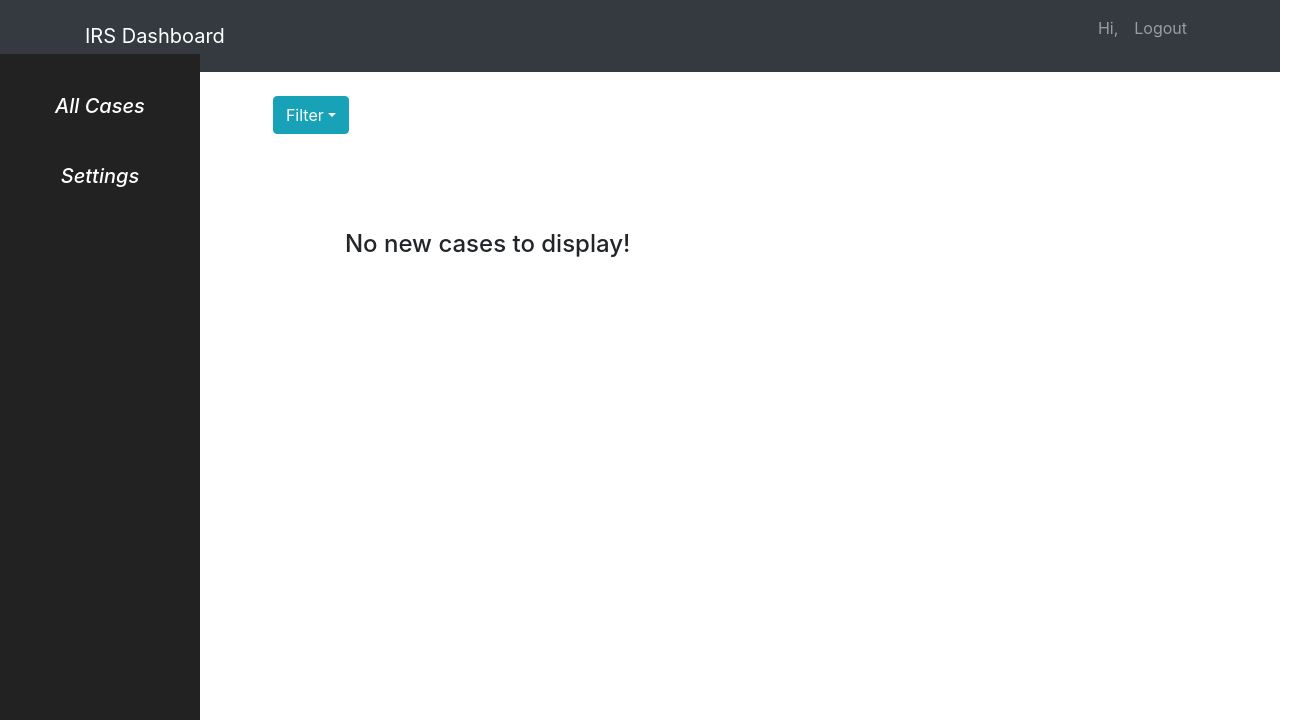
Repository: greeshmavyas/IRS_CS
Page: /AgentDashboard (app in AgentManagement/Frontend/)
The author's editor kept a copy of each file at every save. The page is drawn from the files as they stood at one save, then again after a run of saves.
The browser window is 1280 px wide. The page is 1295 px wide, so the pictures cover 1295 px, including what lies to the right of the window. The pictures show the whole page.
The page's requests for data from a server got no answer. Some web libraries are served in a nearby version. The project was rebuilt for these pictures with package versions that can differ from the ones it lists, and the page was loaded fresh each time. No one was signed in, and anything a server would have sent is missing. Also part of the build but not shown: AgentManagement/Frontend/src/components/NavbarLogin.js, AgentManagement/Frontend/src/components/login.js, AgentManagement/Frontend/src/components/Settings.js, AgentManagement/frontend/src/App.css.

Above is the page before, as saved 2020-10-27 01:47:17.

### AgentManagement/frontend/public/index.html
<!DOCTYPE html>
<html lang="en">
  <head>
    <meta charset="utf-8" />
    <link rel="icon" href="%PUBLIC_URL%/favicon.ico" />
    <meta name="viewport" content="width=device-width, initial-scale=1" />
    <meta name="theme-color" content="#000000" />
    <meta
      name="description"
      content="Web site created using create-react-app"
    />
    <link rel="apple-touch-icon" href="%PUBLIC_URL%/logo192.png" />
    <!--
      manifest.json provides metadata used when your web app is installed on a
      user's mobile device or desktop. See https://developers.google.com/web/fundamentals/web-app-manifest/
    -->
    <link rel="manifest" href="%PUBLIC_URL%/manifest.json" />
    <link rel="stylesheet" href="https://stackpath.bootstrapcdn.com/bootstrap/4.4.1/css/bootstrap.min.css"
      integrity="sha384-Vkoo8x4CGsO3+Hhxv8T/Q5PaXtkKtu6ug5TOeNV6gBiFeWPGFN9MuhOf23Q9Ifjh" crossorigin="anonymous">
    <script src="https://kit.fontawesome.com/db1fc867ad.js" crossorigin="anonymous"></script>
    <!--
      Notice the use of %PUBLIC_URL% in the tags above.
      It will be replaced with the URL of the `public` folder during the build.
      Only files inside the `public` folder can be referenced from the HTML.

      Unlike "/favicon.ico" or "favicon.ico", "%PUBLIC_URL%/favicon.ico" will
      work correctly both with client-side routing and a non-root public URL.
      Learn how to configure a non-root public URL by running `npm run build`.
    -->
    <title>React App</title>
  </head>
  <body>
    <noscript>You need to enable JavaScript to run this app.</noscript>
    <div id="root"></div>
    <script src="https://code.jquery.com/jquery-3.4.1.slim.min.js"
      integrity="sha384-J6qa4849blE2+poT4WnyKhv5vZF5SrPo0iEjwBvKU7imGFAV0wwj1yYfoRSJoZ+n" crossorigin="anonymous"></script>
    <script src="https://cdn.jsdelivr.net/npm/popper.js@1.16.0/dist/umd/popper.min.js"
      integrity="sha384-Q6E9RHvbIyZFJoft+2mJbHaEWldlvI9IOYy5n3zV9zzTtmI3UksdQRVvoxMfooAo" crossorigin="anonymous"></script>
    <script src="https://stackpath.bootstrapcdn.com/bootstrap/4.4.1/js/bootstrap.min.js"
      integrity="sha384-wfSDF2E50Y2D1uUdj0O3uMBJnjuUD4Ih7YwaYd1iqfktj0Uod8GCExl3Og8ifwB6" crossorigin="anonymous"></script>
    <!--
      This HTML file is a template.
      If you open it directly in the browser, you will see an empty page.

      You can add webfonts, meta tags, or analytics to this file.
      The build step will place the bundled scripts into the <body> tag.

      To begin the development, run `npm start` or `yarn start`.
      To create a production bundle, use `npm run build` or `yarn build`.
    -->
  </body>
</html>

### AgentManagement/Frontend/src/App.js
import React from 'react';
import { BrowserRouter } from 'react-router-dom';
import Main from "./Main"
import './App.css';

function App() {
  return (
    <div>
      <BrowserRouter>
        <Main />
      </BrowserRouter>
    </div>
  );
}

export default App;

### AgentManagement/Frontend/src/Main.js
import React, { Component } from 'react';
import { Route } from 'react-router-dom';
import login from './components/login';
import Dashboard from './components/Dashboard';
import Settings from './components/Settings';

 class Main extends Component {
    render() {
        return (
          <div>
            <Route exact path="/" component={login} />
            <Route exact path="/AgentDashboard" component={Dashboard} />
            <Route exact path="/settings" component={Settings} />
          </div>
        );
    }
}

export default Main;

### AgentManagement/Frontend/src/components/Dashboard.js
import React, { Component } from 'react';
import axios from "axios";
import NavbarDash from "./NavbarDash";
import { Modal, ModalHeader, ModalBody, ModalFooter } from "reactstrap";
import Sidebar from './Sidebar'
import config from '../config/settings'
import Card from 'react-bootstrap/Card'
import Dropdown from 'react-bootstrap/Dropdown'


class Dashboard extends Component {
  constructor() {
    super();
    this.state = {
      allCases: {},
      viewcase: null,
      modal: false,
      mstatus: "open",
      flag: false
    };

  }

  showModal = () => {
    console.log("hello");
    this.setState({
      modal: !this.state.modal,
    });
  };
  showModal1 = (viewcase) => {
    console.log("hello1");
    this.setState({
      modal: !this.state.modal,
      viewcase: viewcase,
    });
  };

  handleStatusChange = (modalstatus) => {
    this.setState({
      mstatus: modalstatus
    })
  }

  async componentDidMount() {
    console.log("in get all cases frontend")

    let agentID = localStorage.getItem("agentID");
    let organisationID = localStorage.getItem("organisationID")

    axios.defaults.withCredentials = true;
    let data = {
      agentID: agentID,
      organisationID: organisationID
    };
    console.log("data is..")
    console.log(data);

    axios({
      method: 'get',
      url: 'http://' + config.hostname + ':' + config.backendPort + '/getCases',
      params: data,
    })
      .then((response) => {
        console.log("response from getCases")
        console.log(response)

        if (response.status === 200) {
          let receivedCases = response.data.cases;
          console.log("received cases")
          console.log(response.data.cases)
          if (receivedCases) {
            this.setState({ allCases: receivedCases, flag: true });
          } else {
            this.setState({ allCases: {} });
          }
        }
        else {
          this.setState({ allCases: {} });
        }

      })
      .catch(error => {
        console.log(error);
        this.setState({ allCases: {} })
      })
  }

  render() {
    const closeBtn = (
      <button className="close" onClick={() => this.showModal()}>
        &times;
       </button>
    );
    var casedetails;
    if (this.state.flag) {
      casedetails = this.state.allCases.map((ticket) => {
        return (
          <div>
            <div onClick={() => this.showModal1(ticket)} >
              <Card>
                <Card.Body>
                  <table>
                    <tbody >
                      <tr >
                        <td style={{ width: '10rem' }}> ID: {ticket.CaseID}</td>
                        <td style={{ width: '15rem' }}>Status: {ticket.Status}</td>
                        <td style={{ width: '50rem' }}>{ticket.Information} </td>
                      </tr>
                    </tbody>
                  </table>
                </Card.Body>
              </Card>
            </div>
          </div>
        );
      });
    }
    return (
      <div>
        <NavbarDash />
        <div className="row">
          <div className="col-2">
            <Sidebar /></div>

          <div className="container col-9">
          <Dropdown id="dropdown-menu-align-left">
            <Dropdown.Toggle variant="info" id="dropdown-basic">
              Filter
            </Dropdown.Toggle>

            <Dropdown.Menu>
              <Dropdown.Item href="#/action-1">Action</Dropdown.Item>
              <Dropdown.Item href="#/action-2">Another action</Dropdown.Item>
              <Dropdown.Item href="#/action-3">Something else</Dropdown.Item>
            </Dropdown.Menu>
          </Dropdown>

          <br></br>



            {this.state.allCases.length > 0 ? (
              <div className="col-10">
                {casedetails}
                {this.state.viewcase != null ? (
                  <Modal
                    isOpen={this.state.modal}
                    toggle={() => this.showModal()}
                    className="modal-popup-lg"
                    scrollable
                  >
                    <ModalHeader
                      toggle={() => this.showModal()}
                      close={closeBtn}
                    >
                      Case Details
                   </ModalHeader>
                    <ModalBody className="modal-body">
                      <div className=" row form-group">
                        <p className="font-weight col-7">
                          Information : {this.state.viewcase.Information}
                        </p>



                        <div className="col-3">
                          <button class="btn btn-success dropdown-toggle" type="button" id="dropdownMenuButton" data-toggle="dropdown" aria-haspopup="true" aria-expanded="false">
                            {this.state.mstatus}</button>
                          <div class="dropdown-menu" aria-labelledby="dropdownMenuButton">
                            <button onClick={() => this.handleStatusChange("Working")} class="dropdown-item" >Working</button>
                            <button onClick={() => this.handleStatusChange("Resolved")} class="dropdown-item" >Resolved</button>
                            <button onClick={() => this.handleStatusChange("Postponed")} class="dropdown-item" >Postponed</button>
                          </div>
                        </div>
                      </div>
                      <div className="form-group">
                        <p className="font-weight-bold">
                          Resolution Comments : {this.state.viewcase.ResolutionComments}
                        </p>

                      </div>

                    </ModalBody>
                    <ModalFooter>
                    </ModalFooter>
                  </Modal>
                ) : null}
              </div>
            ) : (
                <div>
                  <h4 style={{ margin: "3em" }}>No new cases to display!</h4>
                </div>
              )}
          </div>

        </div>
      </div>
    );
  }
}

export default Dashboard;

### AgentManagement/Frontend/src/config/settings.js
module.exports = {
    "hostname": "localhost",
    "backendPort": 3001,
    'frontendHostName': 'localhost',
    'frontendPort': 3000,
};

### AgentManagement/Frontend/src/components/NavbarDash.js
import React, { Component } from 'react';

class NavbarDash extends Component {

  handleLogout = () => {
    window.localStorage.clear();
  };

  render() {
    return (
      <nav className="navbar navbar-expand-sm navbar-dark bg-dark mb-4">
        <div className="container">
          <a className="navbar-brand" href="/AgentDashboard">
            IRS Dashboard
          </a>
          <button
            className="navbar-toggler"
            type="button"
            data-toggle="collapse"
            data-target="#mobile-nav"
          >
            <span className="navbar-toggler-icon"></span>
          </button>

          <div className="collapse navbar-collapse" id="mobile-nav">

            <ul className="navbar-nav ml-auto">
              <li className="nav-item">
                <p className="nav-link" >
                  Hi, {localStorage.getItem("firstname")}
                </p>
              </li>
              <li className="nav-item">
                <a className="nav-link" href="/" onClick={this.handleLogout}>
                  Logout
                </a>
              </li>
            </ul>
          </div>
        </div>
      </nav>
    );
  }
}

export default NavbarDash;

### AgentManagement/Frontend/src/components/Sidebar.js
import React from 'react';
import styled from 'styled-components';
import { BrowserRouter as Router, Route, Link, withRouter } from "react-router-dom";

const StyledSideNav = styled.div`
    position: fixed;     /* Fixed Sidebar (stay in place on scroll and position relative to viewport) */
    height: 100%;
    width: 200px;     /* Set the width of the sidebar */
    z-index: 1;      /* Stay on top of everything */
    top: 3.4em;      /* Stay at the top */
    background-color: #222; /* Black */
    overflow-x: hidden;     /* Disable horizontal scroll */
    padding-top: 40px;
    font-style: oblique;
`;

class SideNav extends React.Component {
    constructor(props) {
        super(props);
        this.state = {
            activePath: props.location.pathname,
            items: [
                {
                  path: '/dashboard', /* path is used as id to check which NavItem is active basically */
                  name: 'All Cases',
                  key: 1 /* Key is required, else console throws error. Does this please you Mr. Browser?! */
                },
                {
                    path: '/Settings',
                    name: 'Settings',
                    key: 2
                  },
              ]
        }
    }

    onItemClick = (path) => {
        this.setState({ activePath: path });
    }

    render() {
        const { items, activePath } = this.state;
        return(
            <StyledSideNav>
                {
                    items.map((item) => {
                        return (
                            <NavItem
                                path={item.path}
                                name={item.name}
                                onItemClick={this.onItemClick}
                                active={item.path === activePath}
                                key={item.key}
                            />
                        );
                    })
                }
            </StyledSideNav>
        );
    }
}

const RouterSideNav = withRouter(SideNav);

const StyledNavItem = styled.div`
    height: 70px;
    width: 200px; /* width must be same size as NavBar to center */
    text-align: center; /* Aligns <a> inside of NavIcon div */
    margin-bottom: 0;   /* Puts space between NavItems */
    a {
        font-size: 2.7em;
        color: ${(props) => props.active ? "white" : "#FFFFFF"};
        :hover {
            opacity: 0.7;
            text-decoration: none; /* Gets rid of underlining of icons */
        }
    }
`;

class NavItem extends React.Component {
    handleClick = () => {
        const { path, onItemClick } = this.props;
        onItemClick(path);
    }

    render() {
        const { active } = this.props;
        return(

            <StyledNavItem active={active}>

                <Link to={this.props.path}   className={this.props.name} onClick={this.handleClick}>

                    <NavIcon> <h5 color = "#FFFFFF" >{this.props.name}</h5></NavIcon>
                </Link>
            </StyledNavItem>
        );
    }
}

const NavIcon = styled.div`
`;

export default class Sidebar extends React.Component {
    render() {
        return (
            <RouterSideNav></RouterSideNav>
        );
    }
}

Loaded but not shown: AgentManagement/Frontend/src/index.js (common file); AgentManagement/frontend/src/index.css (common file); AgentManagement/frontend/src/serviceWorker.js (common file)

After the next 4 saves:
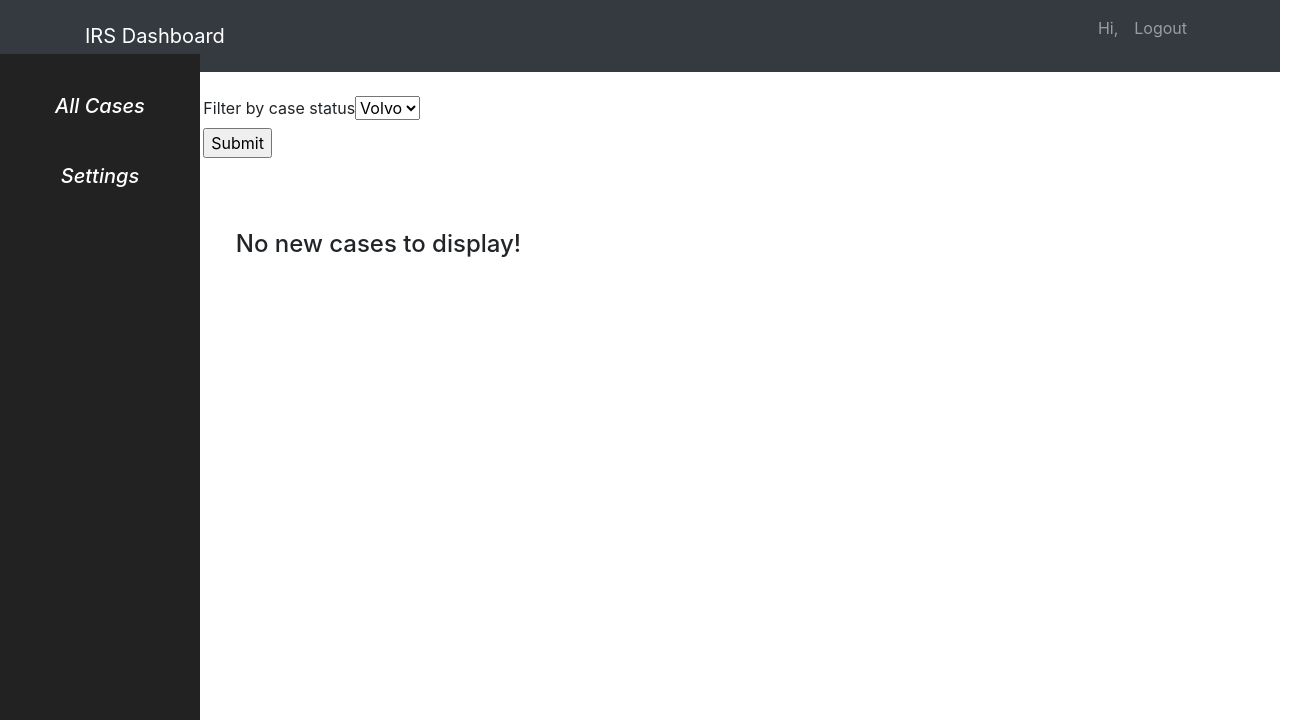
The 4 saves are shown as one change because 2 did not build or start and some came seconds apart.
The last was saved 4 min 58 s later.
--- a/AgentManagement/Frontend/src/components/Dashboard.js
+++ b/AgentManagement/Frontend/src/components/Dashboard.js
@@ -120,26 +120,23 @@ class Dashboard extends Component {
         <NavbarDash />
         <div className="row">
           <div className="col-2">
-            <Sidebar /></div>
+            <Sidebar />
+          </div>
+
+          <form action="/action_page.php">
+            <label for="filters">Filter by case status</label>
+              <select name="cars" id="cars">
+                <option value="volvo">Volvo</option>
+                <option value="saab">Saab</option>
+                <option value="opel">Opel</option>
+                <option value="audi">Audi</option>
+              </select>
+            <br></br>
+            <input type="submit" value="Submit"/>
+          </form>
 
           <div className="container col-9">
-          <Dropdown id="dropdown-menu-align-left">
-            <Dropdown.Toggle variant="info" id="dropdown-basic">
-              Filter
-            </Dropdown.Toggle>
-
-            <Dropdown.Menu>
-              <Dropdown.Item href="#/action-1">Action</Dropdown.Item>
-              <Dropdown.Item href="#/action-2">Another action</Dropdown.Item>
-              <Dropdown.Item href="#/action-3">Something else</Dropdown.Item>
-            </Dropdown.Menu>
-          </Dropdown>
-
-          <br></br>
-
-
-
-            {this.state.allCases.length > 0 ? (
+          {this.state.allCases.length > 0 ? (
               <div className="col-10">
                 {casedetails}
                 {this.state.viewcase != null ? (
@@ -160,9 +157,6 @@ class Dashboard extends Component {
                         <p className="font-weight col-7">
                           Information : {this.state.viewcase.Information}
                         </p>
-
-
-
                         <div className="col-3">
                           <button class="btn btn-success dropdown-toggle" type="button" id="dropdownMenuButton" data-toggle="dropdown" aria-haspopup="true" aria-expanded="false">
                             {this.state.mstatus}</button>
